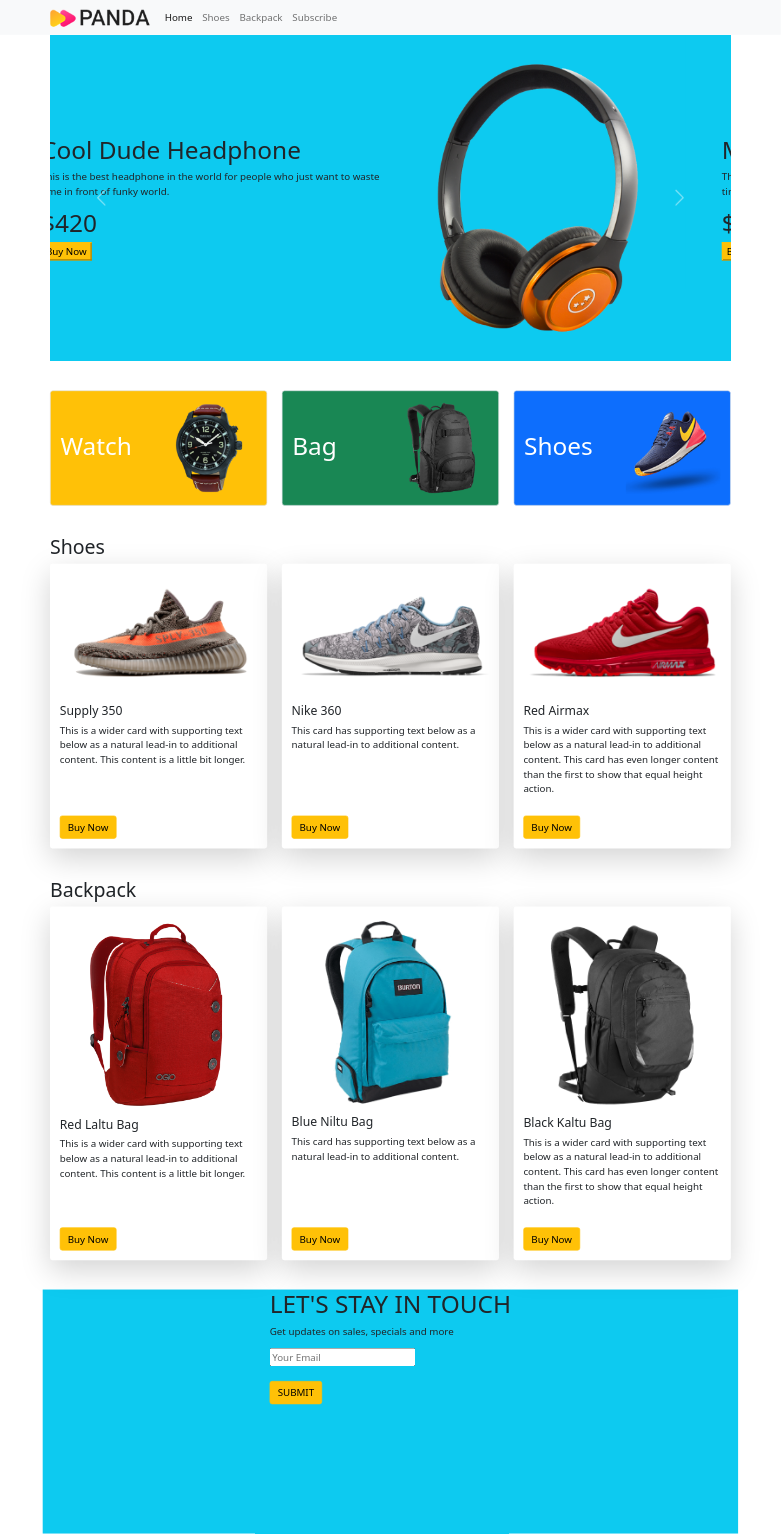
Repository: mdmohiddin/panda-commerce-rp
Page: index.html
The author's editor kept a copy of each file at every save. The page is drawn from the files as they stood at one save, then again after the next save.
The browser window is 1280 px wide. The pictures show the whole page, at 61% of full size.

Above is the page before, as saved 2021-07-28 19:48:46.

### index.html
<!DOCTYPE html>
<html lang="en">
<head>
    <meta charset="UTF-8">
    <meta http-equiv="X-UA-Compatible" content="IE=edge">
    <meta name="viewport" content="width=device-width, initial-scale=1.0">
    <title>panda-commerce</title>
    <!-- Bootstrap Stylesheet -->
    <link href="https://cdn.jsdelivr.net/npm/bootstrap@5.0.2/dist/css/bootstrap.min.css" rel="stylesheet" integrity="sha384-EVSTQN3/azprG1Anm3QDgpJLIm9Nao0Yz1ztcQTwFspd3yD65VohhpuuCOmLASjC" crossorigin="anonymous">

</head>
<body>
    <!-- header star -->
    <header>
        <nav class="navbar navbar-expand-lg navbar-light bg-light">
            <div class="container">
              <a class="navbar-brand" href="#">
                <img src="images/logo.png" alt="">
              </a>
              <button class="navbar-toggler" type="button" data-bs-toggle="collapse" data-bs-target="#navbarSupportedContent" aria-controls="navbarSupportedContent" aria-expanded="false" aria-label="Toggle navigation">
                <span class="navbar-toggler-icon"></span>
              </button>
              <div class="collapse navbar-collapse" id="navbarSupportedContent">

                <ul class="navbar-nav me-auto mb-2 mb-lg-0">

                    <li class="nav-item">
                    <a class="nav-link active" aria-current="page" href="#">Home</a>
                  </li>

                  <li class="nav-item">
                    <a class="nav-link" href="#">Shoes</a>
                  </li>

                  <li class="nav-item">
                    <a class="nav-link" href="#">Backpack</a>
                  </li>

                  <li class="nav-item">
                    <a class="nav-link" href="#">Subscribe</a>
                  </li>

                </ul>
              </div>
            </div>
          </nav>

          <!-- image slider -->
          <section class="container">
            <div id="carouselExampleControls" class="carousel slide" data-bs-ride="carousel">

                <div class="carousel-inner">

                    <div class="carousel-item active">

                        <div class="row bg-info p-5 d-flex align-items-center">
                            <div class="col-lg-7">
                                <h1>Cool Dude Headphone</h1>
                                <p>This is the best headphone in the world for people who just want to waste time in front of funky world.</p>
                                <h1>$420</h1>
                                <button class="btn-warning">Buy Now</button>
                            </div>
                            <div class="col-lg-5">
                                <img src="images/banner-images/headphone.png" class="d-block w-100" alt="...">
                            </div>
                        </div>
                  </div>

                  <div class="carousel-item">
                    <div class="row bg-info p-5 d-flex align-items-center">
                        <div class="col-lg-7">
                            <h1>Mega LCD TV For Sports</h1>
                            <p>This is the best headphone in the world for people who just want to waste time in front of funky world.</p>
                            <h1>$420</h1>
                            <button class="btn-warning">Buy Now</button>
                        </div>
                        <div class="col-lg-5">
                            <img src="images/banner-images/tv.png" class="d-block w-100" alt="...">
                        </div>
                    </div>
                  </div>

                  <div class="carousel-item">
                    <div class="row bg-info p-5 d-flex align-items-center">
                        <div class="col-lg-7">
                            <h1>X-Box for your living room</h1>
                            <p>This is the best headphone in the world for people who just want to waste time in front of funky world.</p>
                            <h1>$600</h1>
                            <button class="btn-warning">Buy Now</button>
                        </div>
                        <div class="col-lg-5">
                            <img src="images/banner-images/xbox.png" class="d-block w-100" alt="...">
                        </div>
                    </div>
                  </div>
                </div>
                <button class="carousel-control-prev" type="button" data-bs-target="#carouselExampleControls" data-bs-slide="prev">
                  <span class="carousel-control-prev-icon" aria-hidden="true"></span>
                  <span class="visually-hidden">Previous</span>
                </button>
                <button class="carousel-control-next" type="button" data-bs-target="#carouselExampleControls" data-bs-slide="next">
                  <span class="carousel-control-next-icon" aria-hidden="true"></span>
                  <span class="visually-hidden">Next</span>
                </button>
              </div>
          </section>
    </header>
    <!-- header end -->

    <main>
        <!-- catergories -->
        <section class="container my-5">
                <div class="row g-4">

                  <div class="col-lg-4 col-md-6 col-12">
                    <div class="p-3 border bg-warning d-flex align-items-center d-flex justify-content-between rounded-3">
                        <h1 class="text-white">Watch</h1>
                        <img src="images/categories/watch.png" alt="">
                    </div>
                  </div>

                  <div class="col-lg-4 col-md-6 col-12">
                    <div class="p-3 border bg-success d-flex align-items-center d-flex justify-content-between rounded-3">
                        <h1 class="text-white">Bag</h1>
                        <img src="images/categories/bag.png" alt="">
                    </div>
                  </div>

                  <div class="col-lg-4 col-md-6 col-12">
                    <div class="p-3 border bg-primary d-flex align-items-center d-flex justify-content-between rounded-3">
                        <h1 class="text-white">Shoes</h1>
                        <img src="images/categories/shoes.png" alt="">
                    </div>
                  </div>
                </div>
        </section>

        <!-- Shoes -->
        <section class="container">
            <h2>Shoes</h2>
            <div class="row row-cols-1 row-cols-md-2 row-cols-lg-3 g-4">

                <div class="col">
                  <div class="card h-100 border-0 shadow-lg">
                    <img src="images/shoes/shoe-1.png" class="card-img-top" alt="...">
                    <div class="card-body">
                      <h5 class="card-title">Supply 350</h5>
                      <p class="card-text">This is a wider card with supporting text below as a natural lead-in to additional content. This content is a little bit longer.</p>
                    </div>
                    <div class="m-3">
                     <button class="btn btn-warning">Buy Now</button>
                    </div>
                  </div>
                </div>

                <div class="col">
                  <div class="card h-100 border-0 shadow-lg">
                    <img src="images/shoes/shoe-2.png" class="card-img-top" alt="...">
                    <div class="card-body">
                      <h5 class="card-title">Nike 360</h5>
                      <p class="card-text">This card has supporting text below as a natural lead-in to additional content.</p>
                    </div>
                    <div class="m-3">
                      <button class="btn btn-warning">Buy Now</button>
                    </div>
                  </div>
                </div>

                <div class="col">
                  <div class="card h-100 border-0 shadow-lg">
                    <img src="images/shoes/shoe-3.png" class="card-img-top" alt="...">
                    <div class="card-body">
                      <h5 class="card-title">Red Airmax</h5>
                      <p class="card-text">This is a wider card with supporting text below as a natural lead-in to additional content. This card has even longer content than the first to show that equal height action.</p>
                    </div>
                    <div class="m-3">
                     <button class="btn btn-warning">Buy Now</button>
                    </div>
                  </div>
                </div>
              </div>
        </section>

        <!-- Backpack -->
        <section class="container my-5">
            <h2>Backpack</h2>
            <div class="row row-cols-1 row-cols-md-2 row-cols-lg-3 g-4">

                <div class="col">
                  <div class="card h-100 border-0 shadow-lg">
                    <img src="images/bags/bag-1.png" class="card-img-top" alt="...">
                    <div class="card-body">
                      <h5 class="card-title">Red Laltu Bag</h5>
                      <p class="card-text">This is a wider card with supporting text below as a natural lead-in to additional content. This content is a little bit longer.</p>
                    </div>
                    <div class="m-3">
                     <button class="btn btn-warning">Buy Now</button>
                    </div>
                  </div>
                </div>

                <div class="col">
                  <div class="card h-100 border-0 shadow-lg">
                    <img src="images/bags/bag-2.png" class="card-img-top" alt="...">
                    <div class="card-body">
                      <h5 class="card-title">Blue Niltu Bag</h5>
                      <p class="card-text">This card has supporting text below as a natural lead-in to additional content.</p>
                    </div>
                    <div class="m-3">
                      <button class="btn btn-warning">Buy Now</button>
                    </div>
                  </div>
                </div>

                <div class="col">
                  <div class="card h-100 border-0 shadow-lg">
                    <img src="images/bags/bag-3.png" class="card-img-top" alt="...">
                    <div class="card-body">
                      <h5 class="card-title">Black Kaltu Bag</h5>
                      <p class="card-text">This is a wider card with supporting text below as a natural lead-in to additional content. This card has even longer content than the first to show that equal height action.</p>
                    </div>
                    <div class="m-3">
                     <button class="btn btn-warning">Buy Now</button>
                    </div>
                  </div>
                </div>
              </div>
        </section>

        <!-- Subscription -->
        <section style="height: 400px;" class="container d-flex justify-content-center bg-info">
            <div>
                <h1>LET'S STAY IN TOUCH</h1>
                <p>Get updates on sales, specials and more</p>
                <input type="text" placeholder="Your Email">
                <br><br>
                <button class="btn btn-warning">SUBMIT</button>
                </div>
        </section>
    </main>
    <footer>

    </footer>

    <!-- Bootstrap JS -->
    <script src="https://cdn.jsdelivr.net/npm/bootstrap@5.0.2/dist/js/bootstrap.bundle.min.js" integrity="sha384-MrcW6ZMFYlzcLA8Nl+NtUVF0sA7MsXsP1UyJoMp4YLEuNSfAP+JcXn/tWtIaxVXM" crossorigin="anonymous"></script>
</body>
</html>

After the next save:
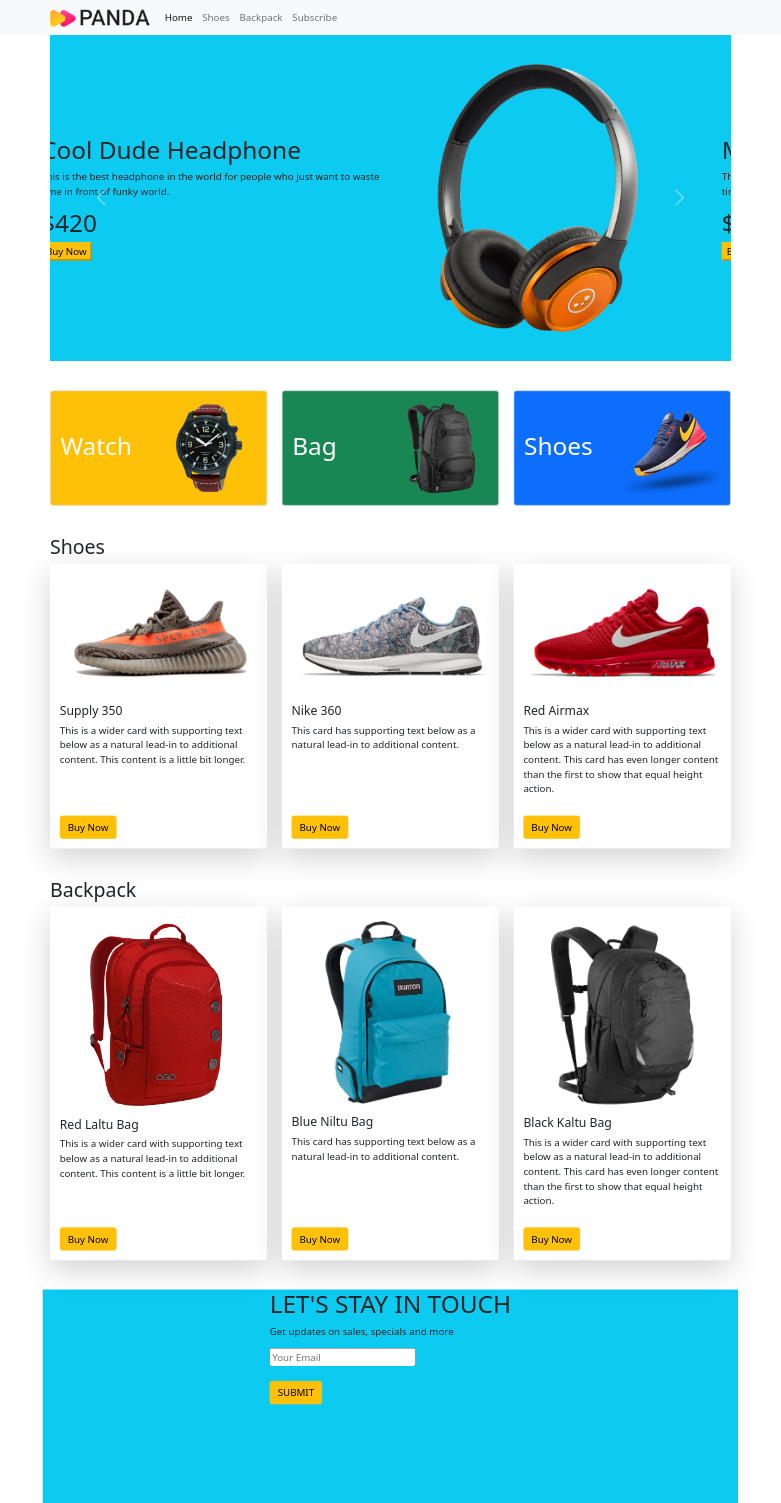
Saved 13 s later.
--- a/index.html
+++ b/index.html
@@ -228,7 +228,7 @@
         </section>
 
         <!-- Subscription -->
-        <section style="height: 400px;" class="container d-flex justify-content-center bg-info">
+        <section style="height: 350px;" class="container d-flex justify-content-center bg-info">
             <div>
                 <h1>LET'S STAY IN TOUCH</h1>
                 <p>Get updates on sales, specials and more</p>
